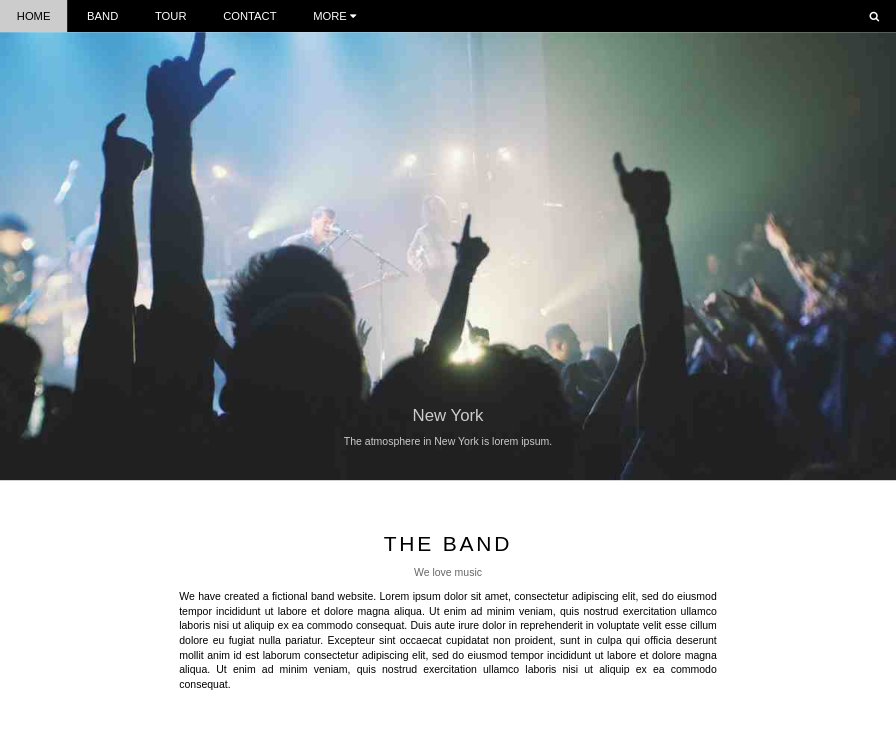
Repository: nguyenhoang2002062929/band
Page: index.html
An editor plug-in stored every save of this project. The page is shown before and after the next save, followed by the edit.
The browser window is 1280 px wide. The pictures show the whole page, at 70% of full size.

Above is the page before, as saved 2023-06-04 14:59:33.

### index.html
<!DOCTYPE html>
<html lang="en">
<head>
    <meta charset="UTF-8">
    <meta http-equiv="X-UA-Compatible" content="IE=edge">
    <meta name="viewport" content="width=device-width, initial-scale=1.0">
    <title>Bank music   </title>
    <link rel="stylesheet" href="assets/css/style.css">
    <link rel="stylesheet" href="https://cdnjs.cloudflare.com/ajax/libs/font-awesome/4.7.0/css/font-awesome.min.css">
</head>
<body>
    <div class="main">
        <div class="header">
            <ul class="nav">
                <li><a href="">HOME</a></li>
                <li><a href="">BAND</a></li>
                <li><a href="">TOUR</a></li>
                <li><a href="">CONTACT</a></li>
                <li>
                    <a href="" >MORE <i class="fa fa-caret-down"></i></a>
                    <ul class="subnav">
                        <li><a href="">Merchandise</a></li>
                        <li><a href="">Extras</a></li>
                        <li><a href="">Media</a></li>
                    </ul>
                </li>
            </ul>

            <div class="search">
                <a href=""><i class="fa fa-search"></i></a>
            </div>
        </div>

        <div class="slider">
            <div class="text-content">
                <h2 class="text-heading">New York</h2>
                <p class="text-description">The atmosphere in New York is lorem ipsum.</p>
            </div>
        </div>

        <div class="content">
            <div class="about">
                <div class="content-section">
                    <h2 class="section-heading">THE BAND</h2>
                    <p class="section-sub-heading">We love music</p>
                    <p class="section-text">We have created a fictional band website. Lorem ipsum dolor sit amet, consectetur adipiscing elit, sed do eiusmod tempor incididunt ut labore et dolore magna aliqua. Ut enim ad minim veniam, quis nostrud exercitation ullamco laboris nisi ut aliquip ex ea commodo consequat. Duis aute irure dolor in reprehenderit in voluptate velit esse cillum dolore eu fugiat nulla pariatur. Excepteur sint occaecat cupidatat non proident, sunt in culpa qui officia deserunt mollit anim id est laborum consectetur adipiscing elit, sed do eiusmod tempor incididunt ut labore et dolore magna aliqua. Ut enim ad minim veniam, quis nostrud exercitation ullamco laboris nisi ut aliquip ex ea commodo consequat.</p>
                </div>
            </div>

        </div>

        <div class="footer">

        </div>
    </div>
</body>
</html>

### assets/css/style.css
*{
    margin: 0;
    padding: 0;
    box-sizing: border-box;
}
html{
    font-family: Arial, Helvetica, sans-serif;
}
.header{
    z-index: 1;
    position: fixed;
    height: 46px;
    background-color: #000;
    top: 0;
    left: 0;
    right: 0;
}
.header .nav {
    display: inline-block;
   line-height: 46px;
}
.header .nav > li > a{
    text-decoration: none;
    padding: 0px 24px;
    color: #fff;
}
.header .nav > li{
    display: inline-block;
    position: relative;
}
.header .nav > li:hover > a{
    display: block;
    color: #000;
    background-color: #ccc;
}
.header .nav .subnav{
    position: absolute;
    display: none;
    background-color: #fff;
    box-shadow: 0 0 10px rgba(0, 0, 0, 0.3) ;
}
.subnav li{
      min-width: 160px;
      list-style-type: none;
}
.nav > li:hover > .subnav{
    display: block;
}
.subnav li:hover a{
    color: #000;
    background-color: #ccc;
}
.subnav a{
    display: block;
    text-decoration: none;
    color: #000;
    padding: 0px 24px;
}
.search{
float: right;
padding: 0 24px;
line-height: 46px;
cursor: pointer;
}
.search a{
    color: rgb(255, 255, 255);
    font-size: 15px;
}
.search:hover{
    color: rgb(255, 255, 255);
    background-color: #f44336!important;
}

.slider{
    position: relative;
    margin-top: 46px;
    padding-top: 50%;
    background: url('../img/slider/slider2.jpg') center top / cover no-repeat;
}
.slider .text-content{
    position: absolute;
    color: #ccc;
    bottom: 0;
    left: 50%;
    transform: translateX(-50%);
    text-align: center;
    padding: 32px 16px;
}
.text-content .text-heading{
    font-size: 24px;
    margin-top: 10px;
    font-weight: 200;
}
.text-content .text-description{
    font-size: 15px;
    margin: 15px 0;
}
.content-section{
    width: 768px;
    text-align: center;
    margin-right: auto;
    margin-left: auto;
    padding: 64px 0;
}
.content-section .section-heading{
    font-size: 30px;
    font-weight: 300;
    letter-spacing: 4px;
    margin: 10px;
}
.content-section .section-sub-heading{
    font-size: 15px;
    font-weight: initial;
    margin: 15px;
    opacity: 0.6;
}
.content-section .section-text{
    font-size: 15px;
    text-align: justify;
    line-height: 1.4;
}

After the next save:
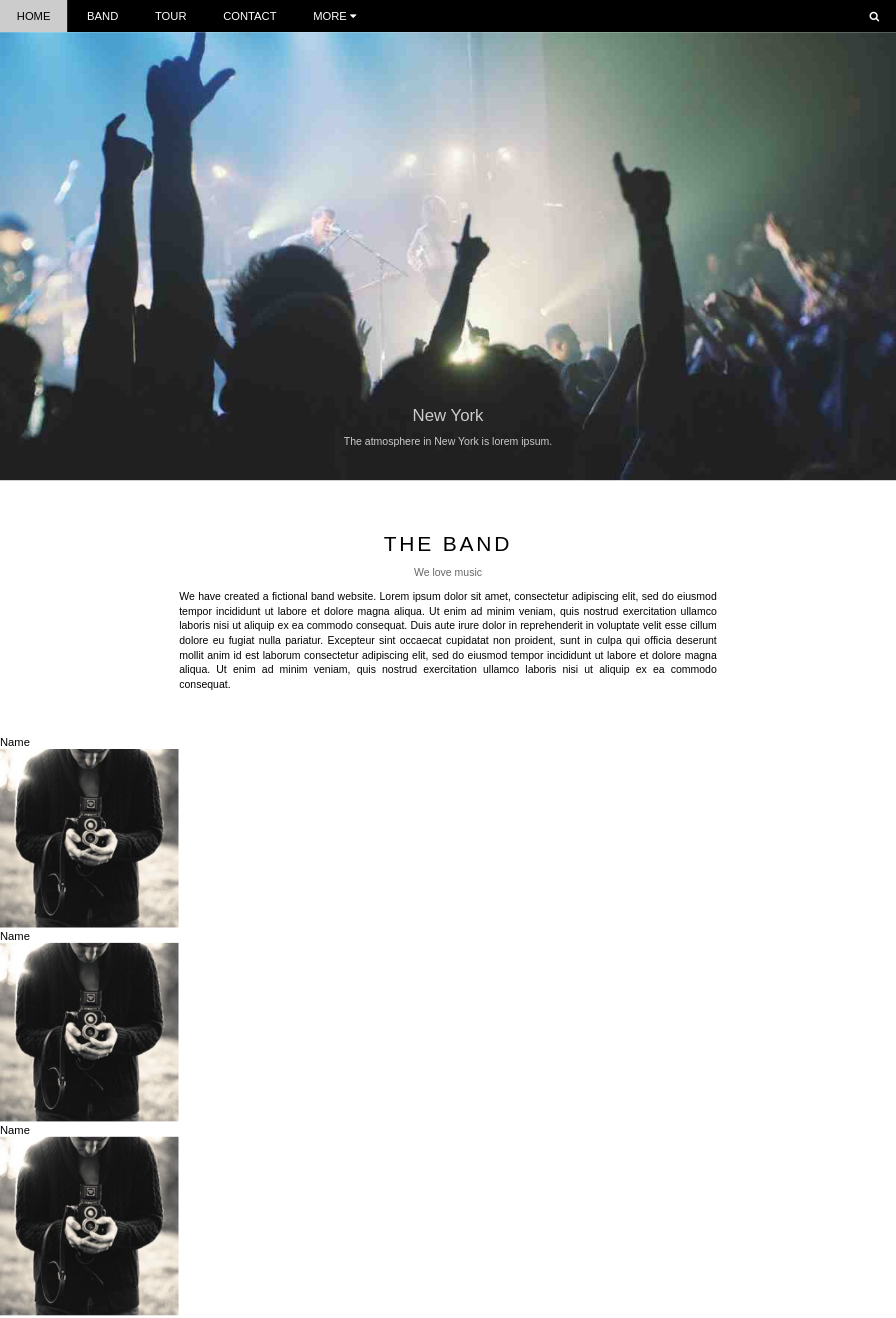
Saved 5 min 5 s later.
--- a/index.html
+++ b/index.html
@@ -45,6 +45,32 @@
                     <p class="section-sub-heading">We love music</p>
                     <p class="section-text">We have created a fictional band website. Lorem ipsum dolor sit amet, consectetur adipiscing elit, sed do eiusmod tempor incididunt ut labore et dolore magna aliqua. Ut enim ad minim veniam, quis nostrud exercitation ullamco laboris nisi ut aliquip ex ea commodo consequat. Duis aute irure dolor in reprehenderit in voluptate velit esse cillum dolore eu fugiat nulla pariatur. Excepteur sint occaecat cupidatat non proident, sunt in culpa qui officia deserunt mollit anim id est laborum consectetur adipiscing elit, sed do eiusmod tempor incididunt ut labore et dolore magna aliqua. Ut enim ad minim veniam, quis nostrud exercitation ullamco laboris nisi ut aliquip ex ea commodo consequat.</p>
                 </div>
+                <div class="content-member">
+                    <div class="member1">
+                        <div class="member-text">
+                            <p>Name</p>
+                        </div>
+                        <div class="member-img">
+                            <img src="/assets/img/member/bandmember.jpg" alt="">
+                        </div>
+                    </div>
+                    <div class="member2">
+                        <div class="member-text">
+                            <p>Name</p>
+                        </div>
+                        <div class="member-img">
+                            <img src="/assets/img/member/bandmember.jpg" alt="">
+                        </div>
+                    </div>
+                    <div class="member3">
+                        <div class="member-text">
+                            <p>Name</p>
+                        </div>
+                        <div class="member-img">
+                            <img src="/assets/img/member/bandmember.jpg" alt="">
+                        </div>
+                    </div>
+                </div>
             </div>
 
         </div>
